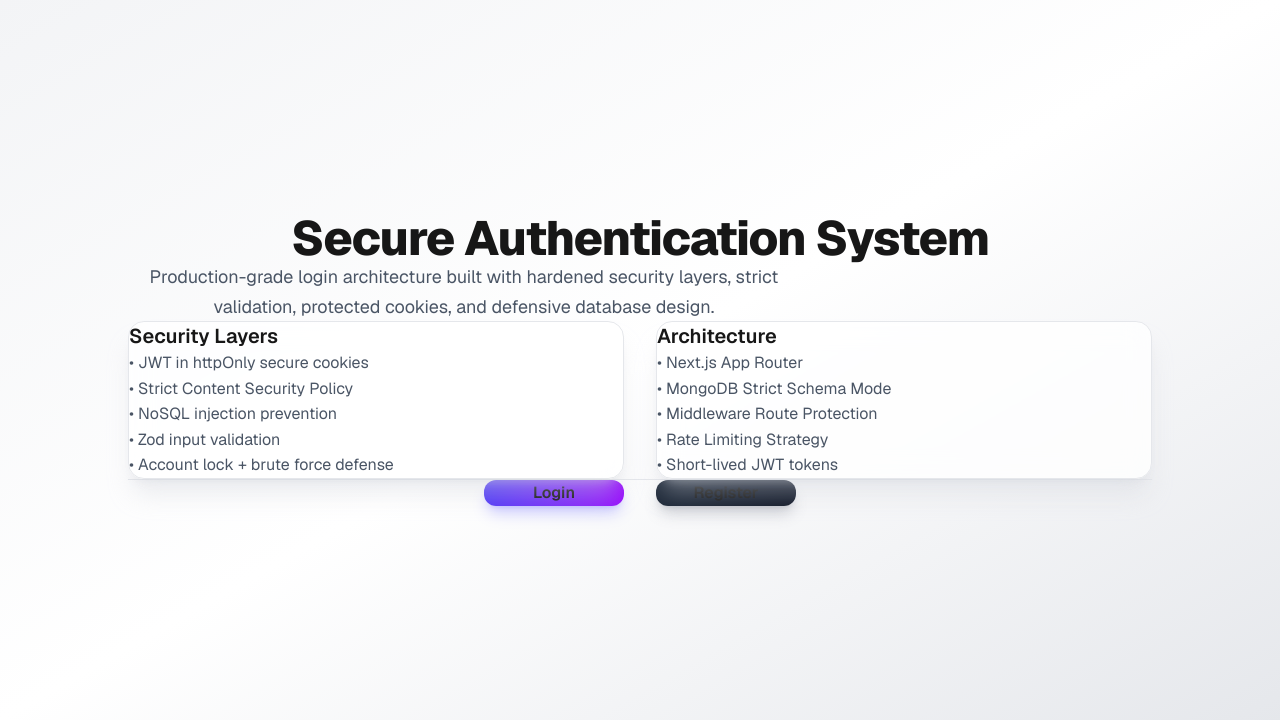
Repository: swastikjhacoder/secure-auth-app
Page: /
An editor plug-in stored every save of this project. The page is shown before and after the next save, followed by the edit.
The browser window is 1280 px wide. The pictures show the whole page.
The project was rebuilt for these pictures with package versions that can differ from the ones it lists, and the page was loaded fresh each time. The framework's server and built-in components were replaced by stand-ins that run in the browser. Also part of the build but not shown: next.config.mjs.

Above is the page before, as saved 2026-03-02 13:01:54.

After the next save:
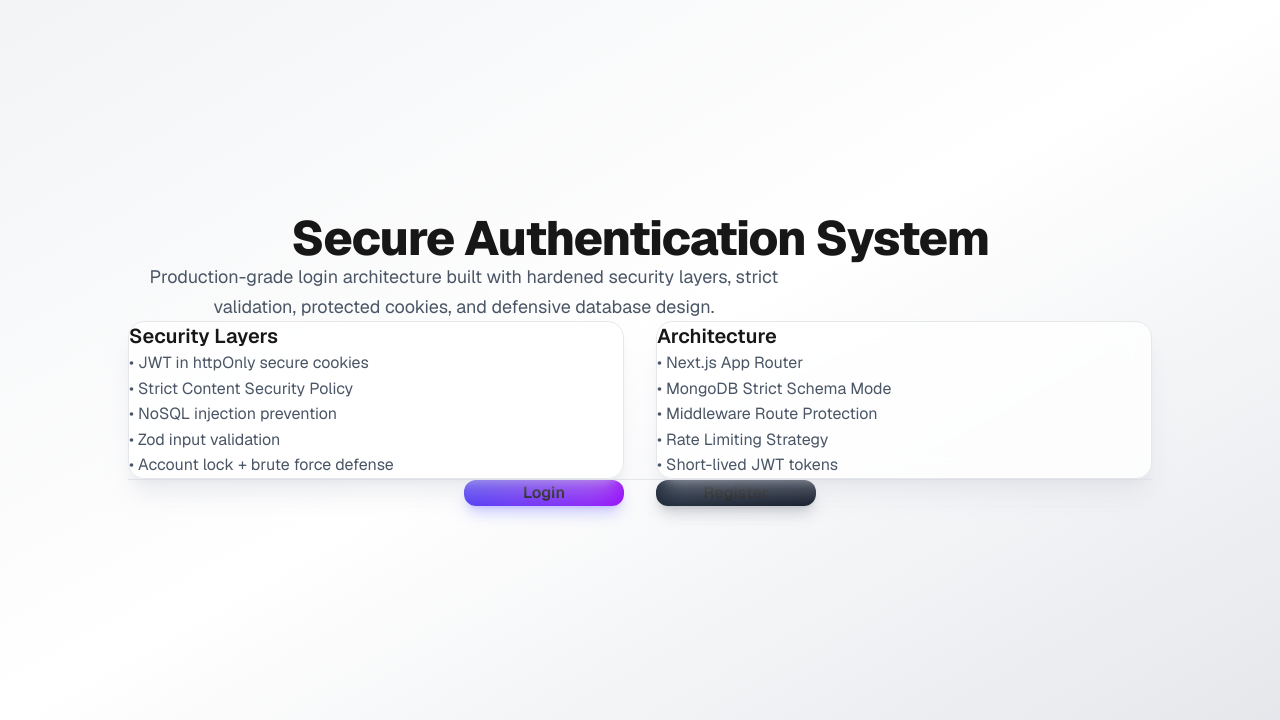
Saved 14 s later.
--- a/src/app/page.js
+++ b/src/app/page.js
@@ -44,7 +44,7 @@ export default function Home() {
         <div className="flex justify-center gap-8 mt-16 pt-10 border-t border-gray-200 dark:border-zinc-800">
           <Link
             href="/login"
-            className="min-w-35 px-10 py-4 rounded-xl font-semibold text-white
+            className="min-w-[160px] px-10 py-4 rounded-xl font-semibold text-white
              bg-linear-to-r from-indigo-600 to-purple-600
              shadow-lg shadow-indigo-500/30
              hover:from-indigo-500 hover:to-purple-500
@@ -56,7 +56,7 @@ export default function Home() {
 
           <Link
             href="/register"
-            className="min-w-35 px-10 py-4 rounded-xl font-semibold
+            className="min-w-[160px] px-10 py-4 rounded-xl font-semibold
              bg-linear-to-r from-gray-800 to-gray-900
              text-white
              shadow-lg shadow-gray-500/30
